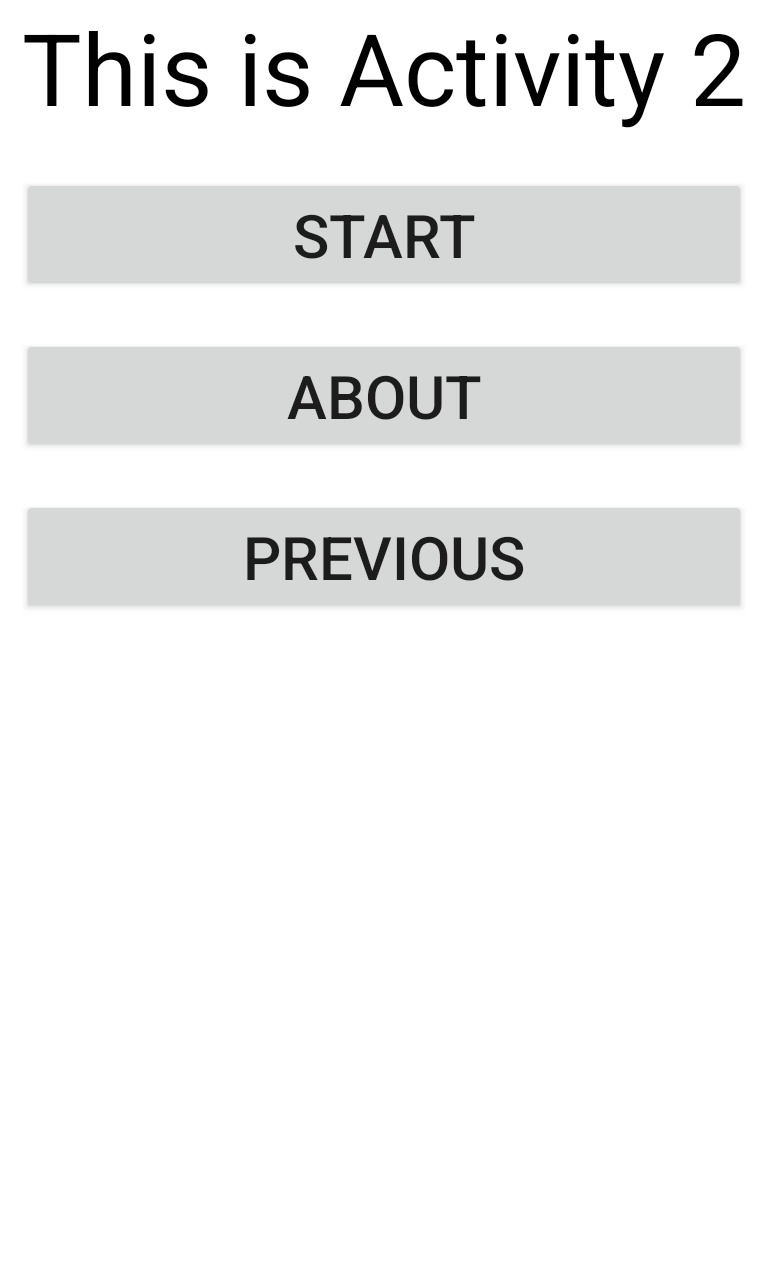
Repository: Stamenov96/NeuralNetowork
Layout: DigitRecognition/res/layout/about.xml
These files come from the project's save history. The layout is drawn as it stood at one moment and after the next save; the edit follows.
It is drawn on a 768 x 1280 px phone screen (xhdpi) without system bars, with theme AppTheme; the app's code is not run.

Above is the layout before, as saved 2015-02-13 15:31:25.

### DigitRecognition/res/layout/about.xml
<?xml version="1.0" encoding="utf-8"?>
<LinearLayout xmlns:android="http://schemas.android.com/apk/res/android"
    android:layout_width="fill_parent"
    android:layout_height="fill_parent"
    android:background="#ffffff"
    android:orientation="vertical" >

    <TextView
        android:layout_width="fill_parent"
        android:layout_height="wrap_content"
        android:gravity="center_horizontal"
        android:text="This is Activity 2"
        android:textColor="#000000"
        android:textSize="50dp" />

    <Button
        android:id="@+id/Start"
        android:layout_width="fill_parent"
        android:layout_height="wrap_content"
        android:layout_marginLeft="10dip"
        android:layout_marginRight="10dip"
        android:layout_marginTop="20dip"
        android:gravity="center_horizontal"
        android:text="Start"
        android:textSize="30dp" />
      <Button
        android:id="@+id/About"
        android:layout_width="fill_parent"
        android:layout_height="wrap_content"
        android:layout_marginLeft="10dip"
        android:layout_marginRight="10dip"
        android:layout_marginTop="20dip"
        android:gravity="center_horizontal"
        android:text="About"
        android:textSize="30dp" />
        <Button
        android:id="@+id/Button02"
        android:layout_width="fill_parent"
        android:layout_height="wrap_content"
        android:layout_marginLeft="10dip"
        android:layout_marginRight="10dip"
        android:layout_marginTop="20dip"
        android:gravity="center_horizontal"
        android:text="Previous"
        android:textSize="30dp" />

</LinearLayout>

Loaded but not shown: DigitRecognition/res/values/styles.xml (common file); DigitRecognition/res/values-v11/styles.xml (common file); DigitRecognition/res/values-v14/styles.xml (common file)

After the next save:
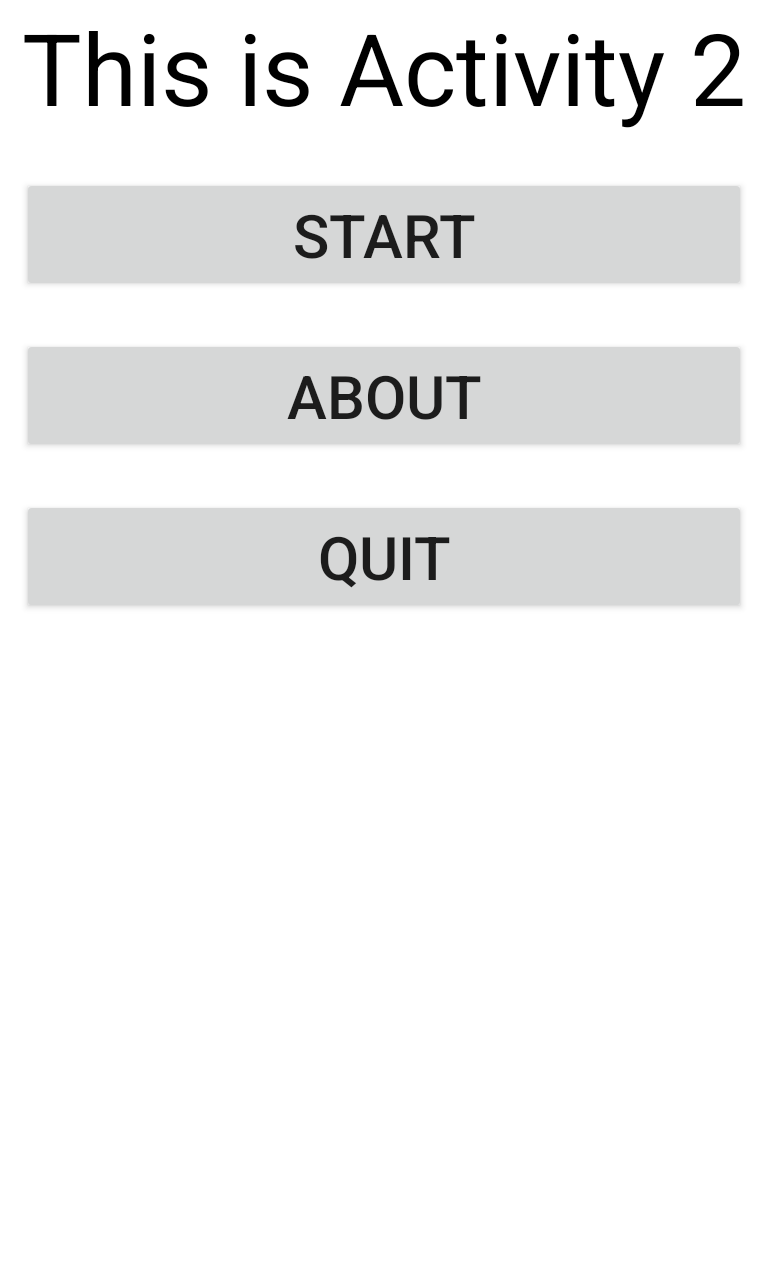
Saved 7 s later.
--- a/DigitRecognition/res/layout/about.xml
+++ b/DigitRecognition/res/layout/about.xml
@@ -41,7 +41,7 @@
         android:layout_marginRight="10dip"
         android:layout_marginTop="20dip"
         android:gravity="center_horizontal"
-        android:text="Previous"
+        android:text="Quit"
         android:textSize="30dp" />
 
 </LinearLayout>
